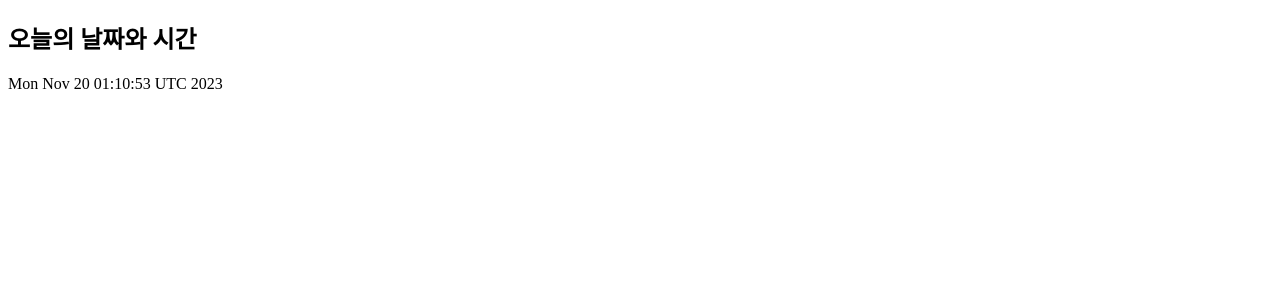
Repository: Kongnamu/JSPworks
Page: http://localhost/jwbook/forward/forward1.jsp
These files come from the project's save history. The page is drawn as it stood at one moment and after the next save; the edit follows.
The browser window is 1280 px wide. The pictures show the whole page.
The page is served by Tomcat 9.

Above is the page before, as saved 2023-11-21 01:04:56.

After the next save:
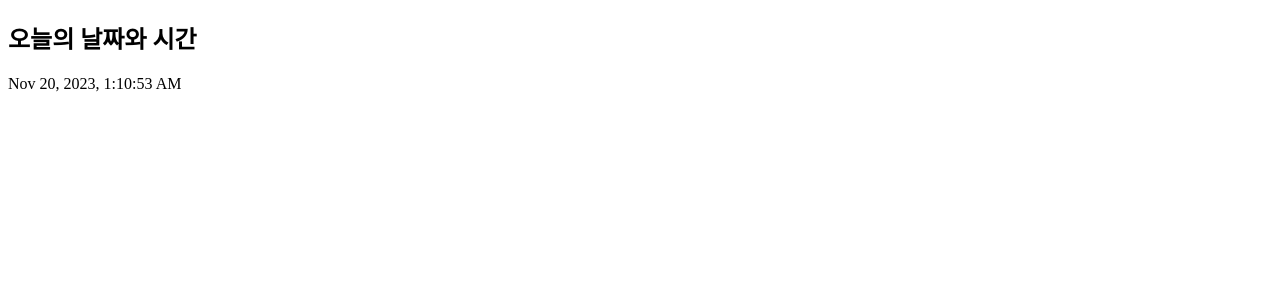
Saved 59 s later.
--- a/jwbook/src/main/webapp/forward/forward_date.jsp
+++ b/jwbook/src/main/webapp/forward/forward_date.jsp
@@ -11,8 +11,9 @@
 	<h2>오늘의 날짜와 시간</h2>
 	<%
 		Date date = new Date();
+		out.println(date.toLocaleString());
 	%>
 
-	<%=date %>
+	<%-- <%=date %> --%>
 </body>
 </html>
